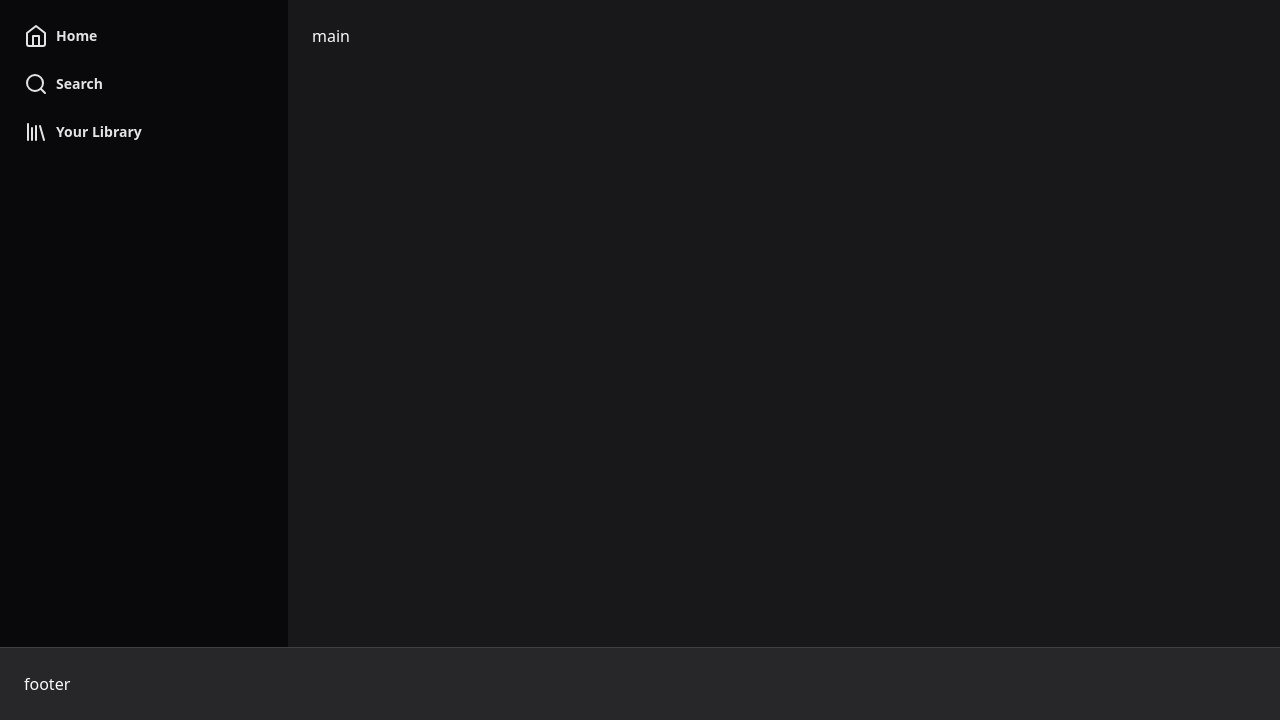
Repository: guilhermecardoso93/tailwind-spotify
Page: /
These files come from the project's save history. The page is drawn as it stood at one moment and after the next save; the edit follows.
The browser window is 1280 px wide. The pictures show the whole page.
The project was rebuilt for these pictures with package versions that can differ from the ones it lists, and the page was loaded fresh each time. The framework's server and built-in components were replaced by stand-ins that run in the browser. Also part of the build but not shown: next.config.js.

Above is the page before, as saved 2023-04-15 19:59:29.

After the next save:
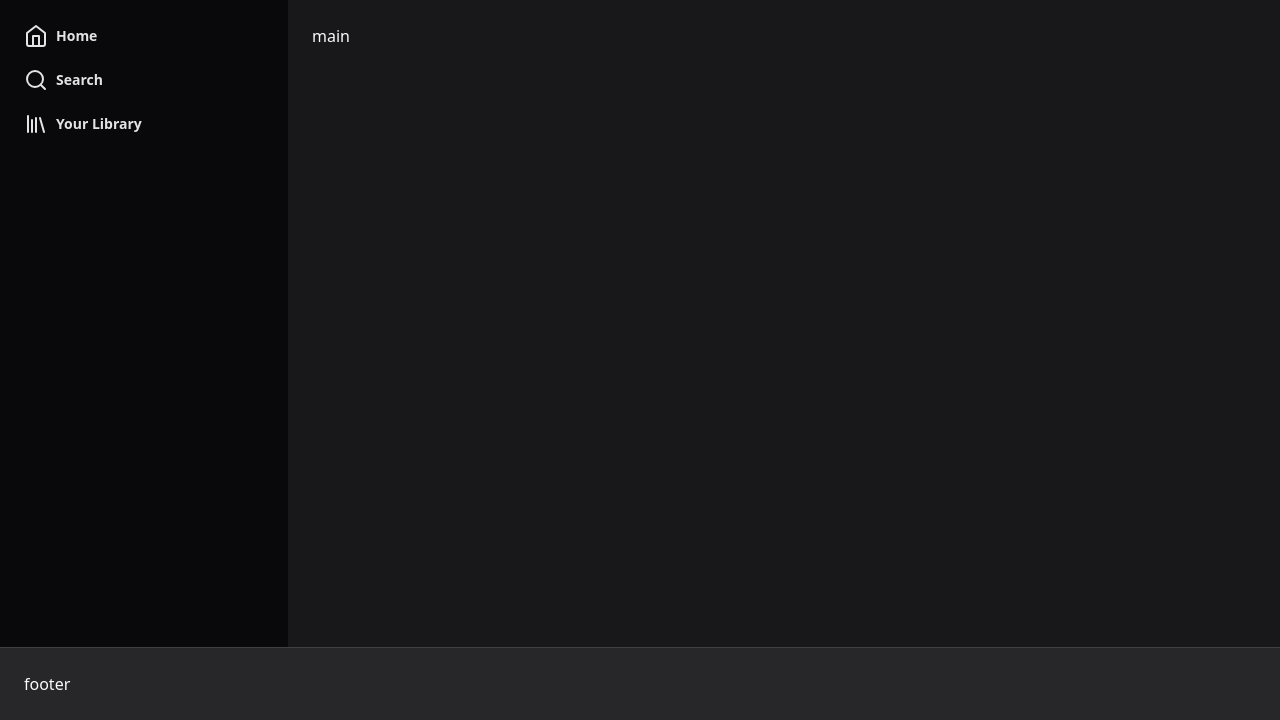
Saved 16 s later.
--- a/src/app/page.tsx
+++ b/src/app/page.tsx
@@ -4,7 +4,7 @@
     <div className="h-screen flex flex-col">
       <div className="flex flex-1">
         <aside className="w-72 bg-zinc-950 p-6">
-          <nav className="space-y-6">
+          <nav className="space-y-5">
             <a href="" className="flex items-center gap-2 text-sm font-semibold text-zinc-200">
               <HomeIcon /> Home
             </a>
